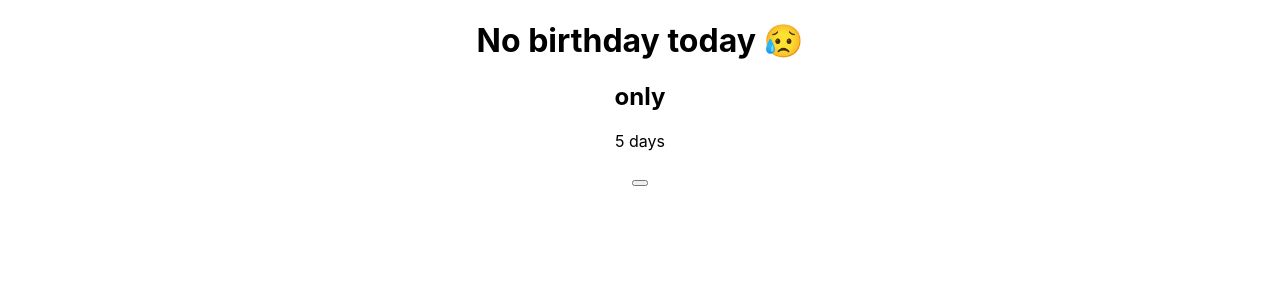
Repository: David-Waite/HannahsBirthdayWebsite
Page: /
An editor plug-in stored every save of this project. The page is shown before and after a run of saves, followed by the edit.
The browser window is 1280 px wide. The pictures show the whole page.
The project was rebuilt for these pictures with package versions that can differ from the ones it lists, and the page was loaded fresh each time.

Above is the page before, as saved 2023-03-30 17:51:34.

### src/App.js
import "./App.css";

import Confetti from "react-confetti";

import { useState } from "react";

function App() {
  const [confetti, setConfetti] = useState(null);

  function isBirthdayToday() {
    const date = new Date();
    if (date.getMonth() === 3 && date.getDate() === 5) {
      return true;
    }
    return false;
  }

  function rainConfetti() {
    if (isBirthdayToday()) {
      setConfetti(true);
    }
  }

  function getDaysUntilBirthday() {
    const date = new Date();
    const hannahBday = new Date(date.getFullYear(), 3, 5);
    const oneDay = 1000 * 60 * 60 * 24;

    const daysUntilBirthday =
      Math.ceil(hannahBday.getTime() - date.getTime()) / oneDay;
    return daysUntilBirthday;
  }

  let buttonText = "";

  // 5th april
  let birthdayText;
  if (isBirthdayToday()) {
    birthdayText = <h1>Happy birthday!🥳</h1>;
  } else {
    birthdayText = (
      <>
        <h1>No birthday today 😥</h1>
        <h2>only</h2>
        <p>{Math.floor(getDaysUntilBirthday())} days</p>
      </>
    );
  }
  console.log(isBirthdayToday());
  const date = new Date();

  return (
    <div className="App">
      {confetti && <Confetti />}

      {birthdayText}
      <button onClick={rainConfetti}>{buttonText}</button>
    </div>
  );
}

export default App;

Loaded but not shown: public/index.html (common file); src/index.js (common file); src/index.css (common file); src/reportWebVitals.js (common file); src/App.css (common file)

After the next 2 saves:
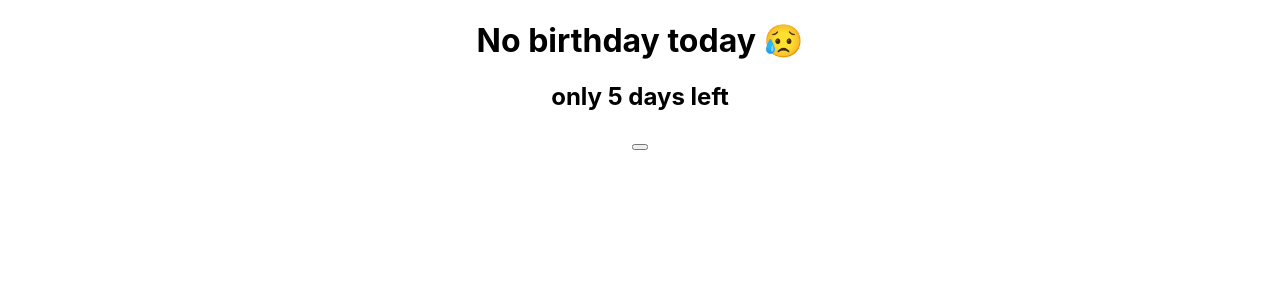
The 2 saves are shown as one change because they came seconds apart.
The last was saved 12 s later.
--- a/src/App.js
+++ b/src/App.js
@@ -41,8 +41,7 @@ function App() {
     birthdayText = (
       <>
         <h1>No birthday today 😥</h1>
-        <h2>only</h2>
-        <p>{Math.floor(getDaysUntilBirthday())} days</p>
+        <h2>only {Math.floor(getDaysUntilBirthday())} days left</h2>
       </>
     );
   }
